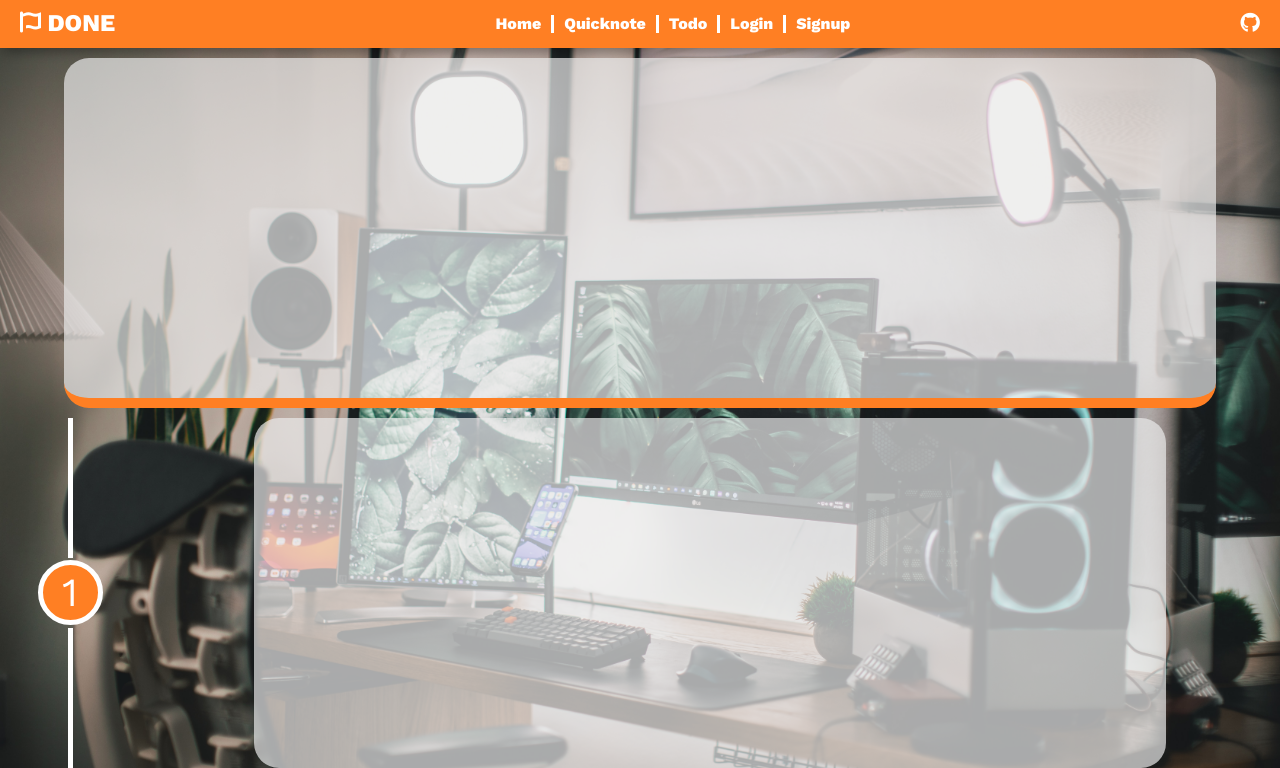
Repository: OmarEssameldinMousa/DONE
Page: quicknote.html
The author's editor kept a copy of each file at every save. The page is drawn from the files as they stood at one save, then again after the next save.
The browser window is 1280 px wide. The pictures show the whole page.
Backgrounds fixed to the window are drawn as part of the page. Some web fonts or font styles are not loaded; a fallback is used.

Above is the page before, as saved 2023-12-18 01:07:28.

### quicknote.html
<!DOCTYPE html>
<html lang="en">

<head>
    <meta charset="UTF-8">
    <meta http-equiv="X-UA-Compatible" content="IE=edge">
    <meta name="viewport" content="width=device-width, initial-scale=1.0">
    <title>My Challenges</title>
    <!-- Render All Elements Normally -->
    <link rel="stylesheet" href="css/normalize.css">
    <!-- Font Awesome Library -->
    <link rel="stylesheet" href="css/all.min.css">
    <!-- Main Template CSS File -->
    <link rel="stylesheet" href="CSS/styles.css">
    <link rel="stylesheet" href="css/challenges.css">
    <!-- Google Fonts -->
    <link rel="preconnect" href="https://fonts.googleapis.com">
    <link rel="preconnect" href="https://fonts.gstatic.com" crossorigin>
    <link
        href="https://fonts.googleapis.com/css2?family=Kablammo&family=VT323&family=Work+Sans:wght@200;300;400;500;600;800&display=swap"
        rel="stylesheet">
    <link rel="preconnect" href="https://fonts.googleapis.com" />
    <link rel="preconnect" href="https://fonts.gstatic.com" crossorigin />
    <link href="https://fonts.googleapis.com/css2?family=Cairo:wght@300;400;700&display=swap" rel="stylesheet" />
</head>

<body>
    <header>
        <nav>
            <!-- Logo with Font Awesome Icon -->
            <div class="logo">
                <i class="fab fa-font-awesome-flag"></i> DONE
            </div>

            <!-- Left-side Navigation Links -->
            <ul class="navlist">
                <li><a href="index.html">Home</a></li>
                <li><a href="quicknote.html">Quicknote</a></li>
                <li><a href="mytasks.html">Todo</a></li>
                <li><a href="#">Login</a></li>
                <li><a href="#">Signup</a></li>
            </ul>

            <!-- Right-side GitHub Icon -->
            <div class="github-icon">
                <a rel="" href="https://github.com/yourusername" target="_blank">
                    <i class="fab fa-github" style="color: white;"></i>
                </a>
            </div>
        </nav>
    </header>

    <div class="addnote">
        <div class="ch_" style="margin: 0px;
        height: auto;">
            <div class="container1 container1addnote">
            </div>
        </div>
    </div>

    <div class="Challenges-website">

        <div class="bar">
            <div class="repated-line-circle">
                <div class="line-circle">
                    <div class="upper-line">
                    </div>
                    <a href="https://elzero.org/frontend-card-with-transparent-img/" target="_self">
                        <div class="circle">
                            <p>1</p>
                        </div>
                    </a>
                    <div class="lower-line"></div>
                </div>
            </div>
        </div>

        <div class="challenges">
            <div class="ch_">
                <div class="container1">
                </div>
            </div>
        </div>

    </div>
</body>

</html>

### CSS/styles.css
/* Start Variables */
:root{
    --main-color: rgba(235, 235, 235, 0.6);
    --secondery-color: #ff7f23;
    --third-color:#333;
}
/* End Variables */
/* Special Heading */
.special-heading{
    color: #ebeced;
    font-size: 100px;
    text-align: center;
    font-weight: 800;
    letter-spacing: -3px;
    margin: 0;

}
.special-heading + p{
    margin-top: -30px;
    text-align: center;
    font-size: 20px;
    color: #797979;
}
/* End Special Heading */
/* Start Global Rules */
*{
    -webkit-box-sizing: border-box;
    -moz-box-sizing: border-box;
    box-sizing: border-box;
}

body{

    font-family: 'Kablammo', cursive;
    font-family: 'Work Sans', sans-serif;
    background-color: #797979;

}

.container{
    padding-left: 15px;
    padding-right: 15px;
    margin-left: auto;
    margin-right: auto;
    background-color: #fff;
    margin: auto;
    width: 600px;
}

/*very small screens*/
@media (max-width: 767px){
    .container{
        .special-heading{
            font-size: 60px;
        }
        .special-heading + p{
            margin-top: -20px;
        }

        .landing{
            flex-direction: column;
            text-align: center;
        }
    }
    .navlist{
        display: none;
    }


}
/*small screens*/
@media (min-width: 768px){
    .container{
        width: 750px;
    }
}
/*Medium screens*/
@media (min-width: 992px){
    .container{
        width: 970px;
    }
}
/*Large screens*/
@media (min-width: 1200px){
    .container{
        width: 1170px;
    }
}
/* End Global Rules */


html{
    scroll-behavior: smooth;
}
/* navigation bar */

nav {
    background-color:  var(--secondery-color);
    color: white;
    display: flex;
    align-items: center;
    justify-content: space-between;
    padding: 10px 20px;
    box-shadow: 5px 5px 10px rgba(0, 0, 0, 0.3);
}
nav ul {
    list-style: none;
    margin: 0;
    padding: 0;
    display: flex;
}
nav ul li {
    margin-right: 10px;
    font-weight: bold;
}
nav ul li:not(:last-child) {
    border-right: solid 3px white;
    padding-right: 10px;
}
nav ul li a {
    text-decoration: none;
    color: white;
}
nav ul li a:hover {
    color: var(--main-color); /* Change color on hover */
}
.logo {
    font-size: 24px;
    font-weight: bold;
}
.github-icon {
    font-size: 20px;
    color: white;
}

.heading{
    display: flex;
    align-items: center;
    justify-content: center;
    margin-top: 50px;
    height: auto;
}

.landing{
    width: 100%;

    background-color: none;
    display: flex;
    flex-direction: row;

}

.landing h1{
    color: var(--secondery-color);
    font-size: 50px;
    font-weight: 900;
    padding: 30px;
}
.landing p{
    font-size: 20px;
}
.landing .logoimage img{
    width: 400px;
    position: relative;
    animation: topdown 2s ease-in-out infinite;
}

.landing .landingtext .buttons{
    margin: 30px;
    top: 150px;
}
@keyframes topdown {
    0%, 100% {
        top: 0; /* Starting and ending position (top) */
    }
    50% {
        top: 5px; /* Middle position (top) */
    }
}


.explore{
    height: auto;
    text-align: center;
    display: block;
    padding: 10px;
    transition: 0.3s;
    width: min-content;
    margin: 30px auto ;
}
.explore a,
.explore h1{
    color: var(--secondery-color);
    font-weight: 900;
    transform: 0.3s;
    text-decoration: none;
}

.landing .logoimage{
    position: relative;
}
.explore a:hover,
.explore:hover{
    background-color:var(--secondery-color);
    border-radius: 20px;
    color: #ebeced;
    cursor: pointer;
}



/* to do demo */
.tododemo{
    height: 100vh;
    background-color: var(--secondery-color);
    box-shadow: rgba(0, 0, 0, 0.3) 0px -4px 20px 9px;

}

### CSS/challenges.css
* {
    -webkit-box-sizing: border-box;
    -moz-box-sizing: border-box;
    box-sizing: border-box;
    padding: 0;
    margin: 0;
}
a {
    text-decoration: none;
    color: black;
}
ul {
    list-style: none;
    margin: 0;
    padding: 0;
}
html {
    scroll-behavior: smooth;
}
body {
    /* background-image: linear-gradient(90deg, #ff7f23  , rgba(235, 235, 235, 0.6)  ); */
    background-image: url(../images/backgroundimage.jpg);
    background-size: cover;
    background-repeat: no-repeat;
    background-attachment: fixed;
}
@media (max-width: 767px){
    body{
        background-image: url(../images/ben-kolde-bs2Ba7t69mM-unsplash.jpg)
    }
    .bar{
        display: none;
    }
    /* .challenges .container1{
        width: 400px;
    }*/
    .ch_:hover .container1{
        width: calc(50%);
        height: 550px;
        background-color: rgba(211, 211, 211, 0.6);
    }

}
/*small screens*/
@media (min-width: 768px){
    /* .container1{
        width: 600px;
    } */
}
/*Medium screens*/
@media (min-width: 992px){
    /* .container1{
        width: 800px;
    } */
}
/*Large screens*/
@media (min-width: 1200px){
    /* .container1{
        width: 1000px;
    } */
}
.Challenges-website{
    display: flex;


}
/*start bar*/
.Challenges-website .bar{
    width: 140px;
    padding: 0 67.5px;
    height: auto;
}
.Challenges-website .bar .repated-line-circle{
    width: 5px;
    height: 100%;
}
.Challenges-website .bar .line-circle{
    display: flex;
    flex-direction: column;
    width: 100%;
    height: 100%;
    justify-content: space-between;
    align-items: center;
}
.Challenges-website .bar .line-circle .upper-line{
    width: 100%;
    height: 40%;
    background-color: white;

}
.Challenges-website .bar .line-circle .circle{
    width: 65px;
    height: 65px;
    background-color: #ff7f23;
    border-radius: 50%;
    text-align: center;
    position: relative;
    transition: 0.3s;
    border: 5px solid white;
}
.Challenges-website .bar:hover .circle{
    width: 110px;
    height: 110px;
    border-radius: 40%;

}
.Challenges-website .bar:hover .circle + p{
    font-size: 70px;
    color: white
}
.Challenges-website .bar .line-circle .circle p{
    position: absolute;
    left: 50%;
    top: 50%;
    transform: translate(-50%, -50%);
    font-size: 40px;
    color: white;
}
.line-circle .circle p a{
    text-decoration: none;
}
.Challenges-website .bar .line-circle .lower-line{
    width: 5px;
    height: 40%;
    background-color: white;
}
/*end bar*/
/* start challenges*/
.Challenges-website .challenges{
    display: flex;
    flex: 1;
    justify-content: center;
    background-color: transparent;
    flex-direction: column;
    height: auto;
}
.ch_{
    height: auto;
    padding-top: 0px;
    position: relative;
}

.container1{
    background-color: rgba(235, 235, 235, 0.694);
    width: 80%;
    height: 350px;
    margin: 0px auto;
    border-radius: 25px;
    border-width: 0;
    transition: 0.3s;
    position: relative;
}
.ch_:hover .container1{
    width: calc(80% + 20px);
    height: 360px;
    background-color: rgba(211, 211, 211, 0.6);
}


.container1addnote{
    border-bottom: #ff7f23 solid 10px;
    margin: 10px auto;
    min-height: 300px;
    width: 90%;
}

/* ---------------------------------------------------------------------------------------- */

Loaded but not shown: CSS/normalize.css (library); CSS/all.min.css (library)

After the next save:
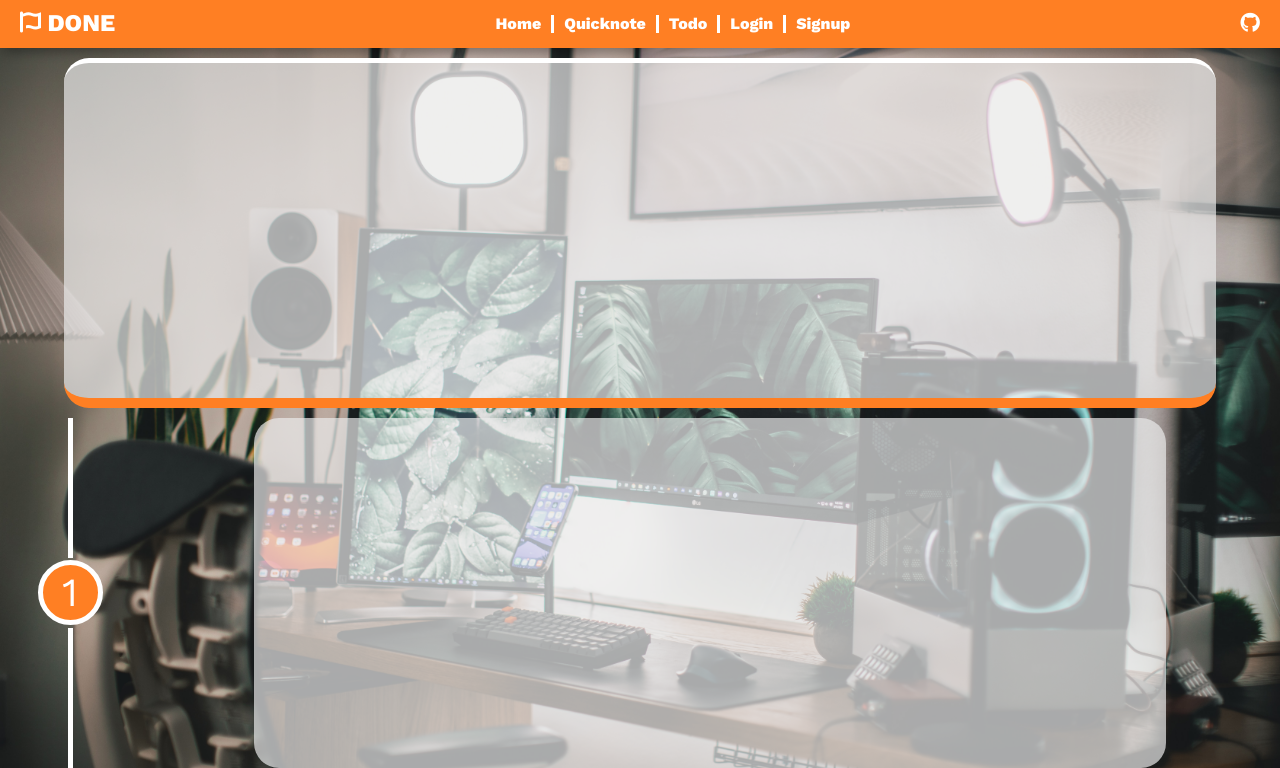
Saved 37 s later.
--- a/CSS/challenges.css
+++ b/CSS/challenges.css
@@ -159,6 +159,7 @@ body {
 
 .container1addnote{
     border-bottom: #ff7f23 solid 10px;
+    border-top: white solid 5px;
     margin: 10px auto;
     min-height: 300px;
     width: 90%;
